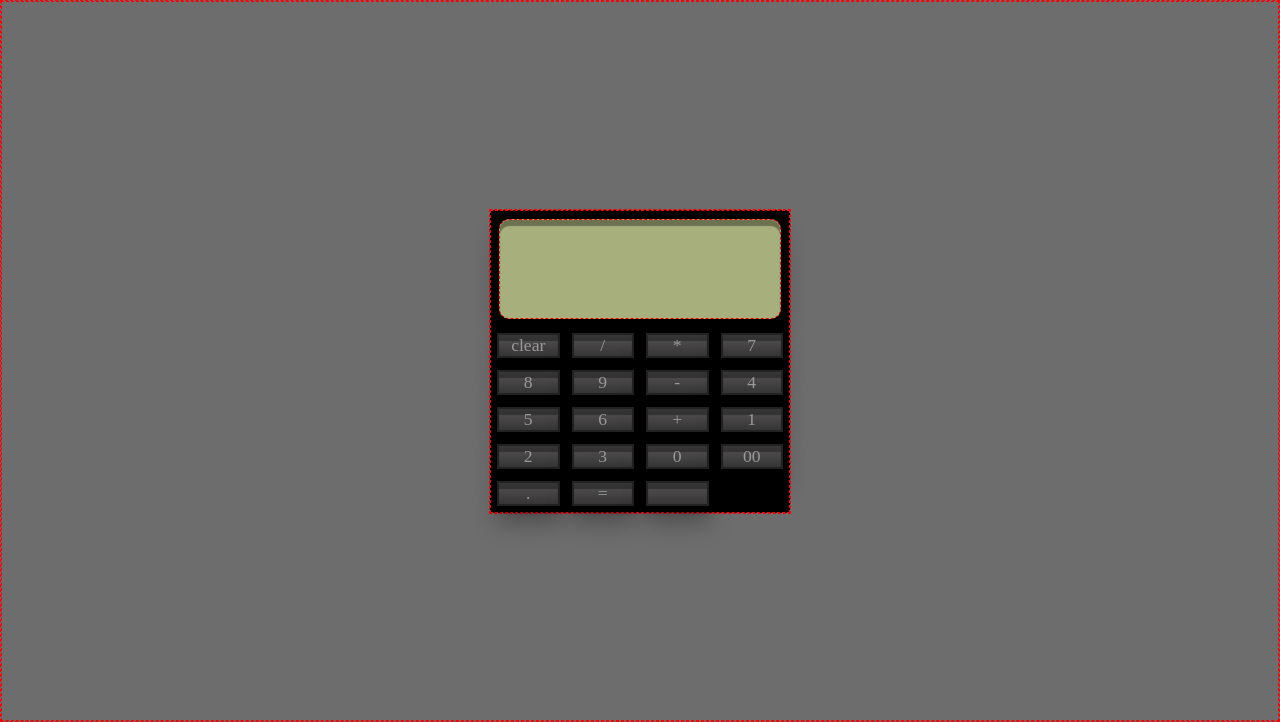
Repository: JunaidAnsari202/calculator
Page: index.html
An editor plug-in stored every save of this project. The page is shown before and after the next save, followed by the edit.
The browser window is 1280 px wide. The pictures show the whole page.

Above is the page before, as saved 2023-10-28 14:03:36.

After the next save:
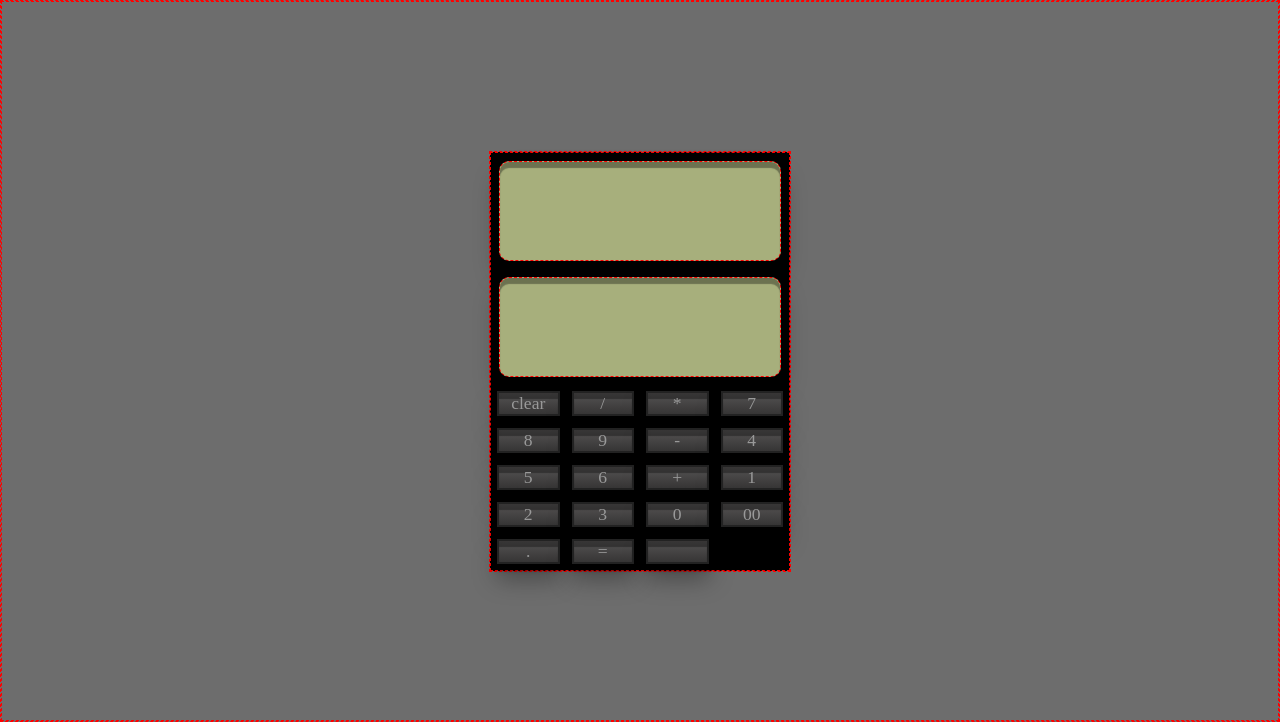
Saved 8 s later.
--- a/index.html
+++ b/index.html
@@ -10,7 +10,7 @@
 
     <div class="caculator">
         <div class="button">
-            <!-- <h2 id="value"></h2> -->
+            <h2 id="value"></h2>
             <textarea name="" id="value" cols="1" rows="1" readonly></textarea>
             <span id="clear">clear</span>
             <span>/</span>

After the save that followed:
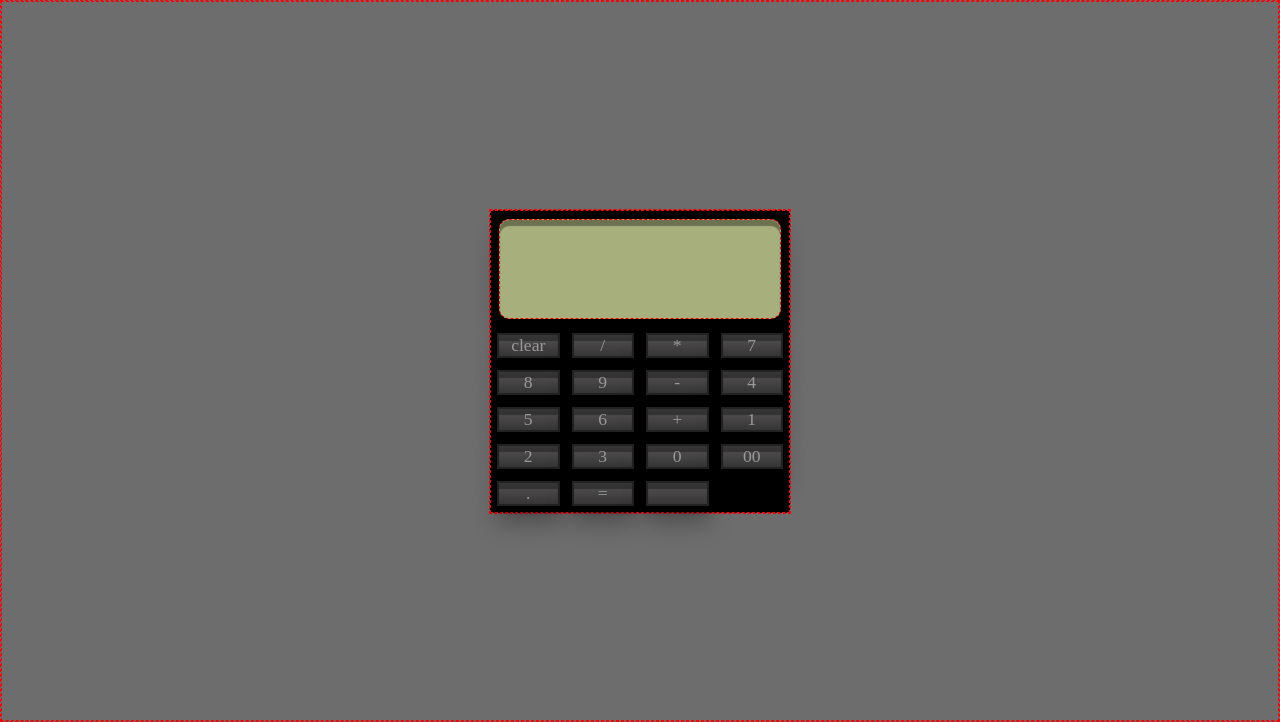
Saved 7 s later.
--- a/index.html
+++ b/index.html
@@ -11,7 +11,7 @@
     <div class="caculator">
         <div class="button">
             <h2 id="value"></h2>
-            <textarea name="" id="value" cols="1" rows="1" readonly></textarea>
+            <!-- <textarea name="" id="value" cols="1" rows="1" readonly></textarea> -->
             <span id="clear">clear</span>
             <span>/</span>
             <span>*</span>
